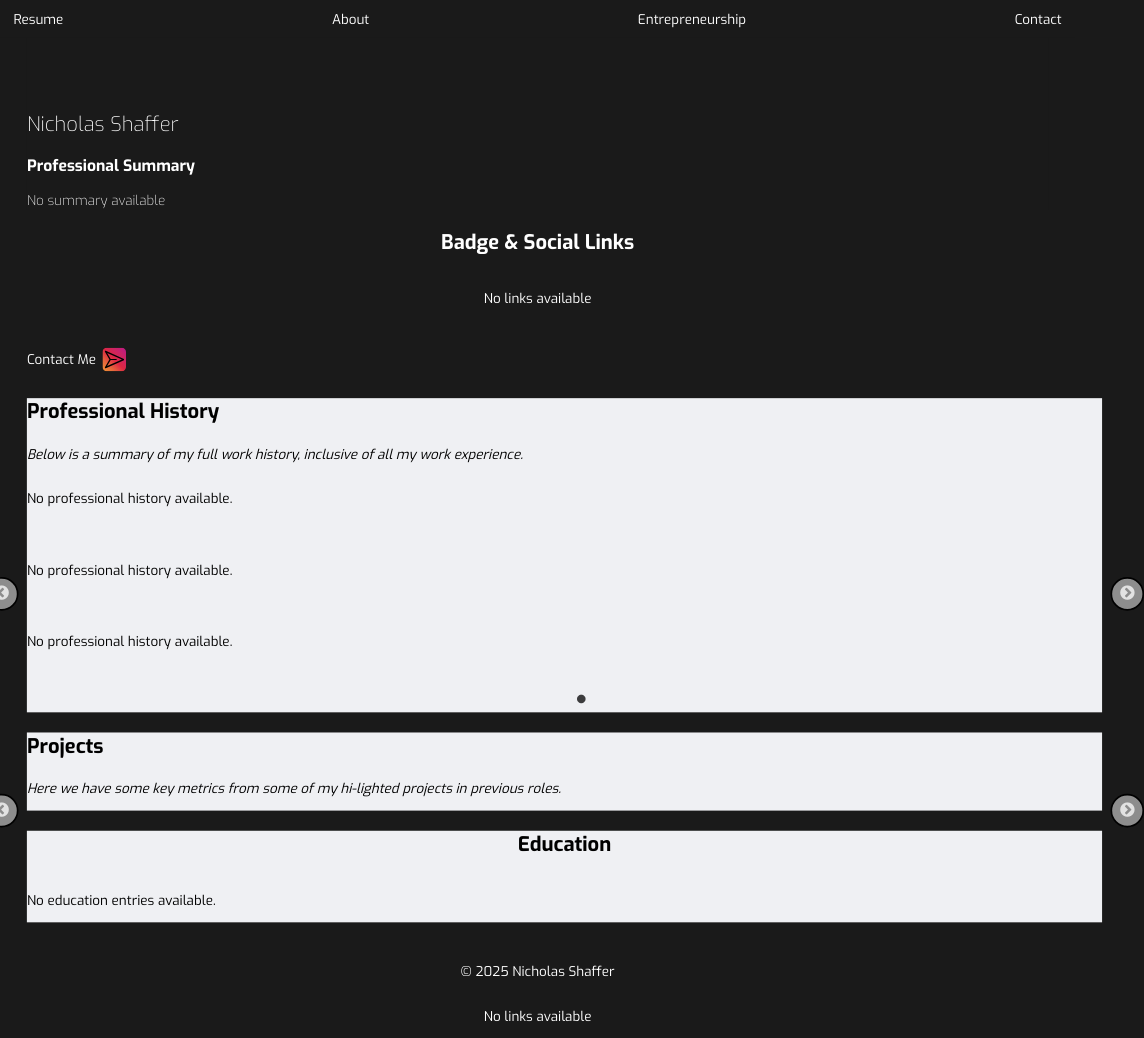
Repository: ShafferNick/nicholas_portfolio
Page: /
These files come from the project's save history. The page is drawn as it stood at one moment and after the next save; the edit follows.
The browser window is 1280 px wide. The page is 1362 px wide, then 1336 px, then 1362 px, so the pictures cover 1362 px, including what lies to the right of the window. The pictures show the whole page, at 84% of full size.
The page's requests for data from a server got no answer. The project was rebuilt for these pictures with package versions that can differ from the ones it lists, and the page was loaded fresh each time. The framework's server and built-in components were replaced by stand-ins that run in the browser. No one was signed in, and anything a server would have sent is missing. Also part of the build but not shown: next.config.ts, src/app/components/Contact.tsx.

Above is the page before, as saved 2025-03-19 15:02:19.

### src/app/layout.tsx
import './globals.css';
import type { Metadata } from 'next';

export const metadata: Metadata = {
  title: 'Create Next App',
  description: 'Generated by create next app',
};

export default function RootLayout({
  children,
}: {
  children: React.ReactNode;
}) {
  return (
    <html lang="en">
      <body>{children}</body>
    </html>
  );
}

### src/app/globals.css
@import url('https://fonts.googleapis.com/css2?family=Exo:wght@200;400;700&display=swap');
@import 'slick-carousel/slick/slick.css';
@import 'slick-carousel/slick/slick-theme.css';

@tailwind base;
@tailwind components;
@tailwind utilities;

body {
  font-family: 'Exo', sans-serif;
  background: #1A1A1A;
  color: #FFFFFF;
  margin: 0;
  padding: 0;
  scroll-behavior: smooth;
  overflow-x: hidden;
}

h1 {
  font-weight: 700;
}

h2 {
  font-weight: 550;
}

h3 {
  font-weight: 400;
}

a {
  color: inherit;
  text-decoration: none;
  font-family: 'Exo';
}

/* Hero Section */
.hero-custom-black {
  background-color: #1A1A1A;
  padding-top: 5rem;
  /* Ensure the Hero section clears the navbar */
}

.animate-slide-in {
  animation: slideIn 1s ease-out;
}

@keyframes slideIn {
  from {
    transform: translateY(20px);
    opacity: 0;
  }

  to {
    transform: translateY(0);
    opacity: 1;
  }
}

/* Desktop Menu Styling */
@media (min-width: 768px) {
  .desktop-menu {
    display: flex !important;
    justify-content: space-between !important;
    width: 100% !important;
  }

  .mobile-menu-toggle {
    display: none !important;
  }

  .nav-link {
    margin: 0.5rem 1rem;
    padding: 0.25rem 0;
    transition: color 0.3s ease-in-out;
  }

  .nav-link:hover {
    color: #d1d5db;
    text-decoration: underline;
    text-decoration-thickness: 2px;
  }
}

/* Mobile Menu Styling */
@media (max-width: 767px) {
  nav .desktop-menu {
    display: none !important;
  }

  .mobile-menu-toggle {
    display: block !important;
    position: fixed !important;
    top: 1rem !important;
    right: clamp(2rem, 5vw, 3rem) !important;
    z-index: 1000 !important;
    padding: 0.5rem !important;
  }

  .mobile-menu-toggle span {
    background-color: #ffffff !important;
    width: 32px !important;
    height: 4px !important;
    margin-bottom: 6px !important;
    border-radius: 2px !important;
    display: block !important;
  }

  .mobile-menu {
    display: flex !important;
    flex-direction: column !important;
    align-items: center !important;
    position: fixed !important;
    top: 0 !important;
    right: 0 !important;
    width: 50vw !important;
    height: 100vh !important;
    background-color: #000000 !important;
    padding: 1rem !important;
    transform: translateX(100%) !important;
    z-index: 50 !important;
  }

  .mobile-menu.active {
    transform: translateX(0) !important;
  }

  .mobile-menu .close-button {
    position: absolute !important;
    top: 1rem !important;
    right: clamp(2rem, 5vw, 3rem) !important;
    z-index: 1001 !important;
  }

  .mobile-menu a {
    color: #ffffff !important;
    font-size: 1.25rem !important;
    padding: 1rem 0 !important;
    width: 100% !important;
    text-align: center !important;
    transition: color 0.3s ease-in-out !important;
  }

  .mobile-menu a:hover,
  .mobile-menu a.active-link {
    color: #ff0000 !important;
    text-decoration: underline !important;
    font-weight: bold !important;
  }

  .mobile-menu .flex-col {
    gap: 2rem !important;
  }
}

/* Global Padding for All Text Content */
main {
  padding: 2rem;
  /* Adds 32px padding on all sides */
}

/* Ensure navbar and footer are not affected */
nav,
footer {
  padding: 0 !important;
  /* Override the global padding for navbar and footer */
}

/* Header Spacing for All Sections with Higher Specificity */
section.hero-custom-black h2,
section.badge-social-section h2,
section.professional-history-section h2,
section.projects-section h2,
section.education-section h2 {
  margin-top: 1.5rem !important;
  /* 24px */
  margin-bottom: 1.5rem !important;
  /* 24px */
}

/* Professional History Section */
.professional-history-section {
  color: #000000 !important;
  width: 100vw !important;
  margin: 0 !important;
  padding: 0 !important;
}

.professional-history-section * {
  color: #000000 !important;
}

/* Ensure job title is bold */
.professional-history-section h3 {
  font-weight: 700 !important;
}

/* Style react-slick arrows and dots */
.professional-history-section .slick-prev,
.professional-history-section .slick-next {
  width: 40px;
  height: 40px;
  background: rgba(255, 255, 255, 0.5);
  border: 2px solid #000000;
  border-radius: 50%;
  z-index: 10;
  transition: background 0.3s ease, color 0.3s ease;
}

.professional-history-section .slick-prev:hover,
.professional-history-section .slick-next:hover {
  background: #ffffff;
  color: #000000;
}

.professional-history-section .slick-prev {
  left: -50px;
}

.professional-history-section .slick-next {
  right: -50px;
}

.professional-history-section .slick-dots {
  bottom: 5px;
  text-align: center;
  position: relative;
}

.professional-history-section .slick-dots li {
  display: inline-block;
  margin: 0 5px;
}

.professional-history-section .slick-dots li button:before {
  font-size: 12px;
  color: #000000;
}

.professional-history-section .slick-dots li.slick-active button:before {
  color: #000000;
}

/* Add spacing between bullet points in Professional History */
.professional-history-section ul {
  list-style-type: disc;
  padding-left: 20px;
}

.professional-history-section ul li {
  display: block;
  margin-bottom: 8px;
}

/* Badge & Social Links Section */
.badge-social-section {
  margin: 0 !important;
  padding: 0 !important;
  margin-bottom: 2rem !important;
}

.badge-social-header {
  text-align: left;
  font-size: 1.5rem;
  margin-bottom: 0.5rem;
}

.badge-social-section section {
  margin-bottom: 0 !important;
}

.badge-social-section .flex {
  justify-content: space-around !important;
  gap: 1rem !important;
}

/* Contact Me Section */
.contact-section {
  margin: 0 !important;
  padding: 0 !important;
  margin-bottom: 2rem !important;
}

.contact-me {
  display: flex;
  align-items: center;
  gap: 0.5rem;
}

.contact-icon {
  width: 24px;
  height: 24px;
  transition: transform 0.3s ease-in-out;
  background: linear-gradient(45deg, #f09433, #e6683c, #dc2743, #cc2366, #bc1888);
  border-radius: 5px;
  padding: 2px;
}

.contact-icon:hover {
  transform: scale(1.2);
}

/* Adjustments for Professional History Section Spacing */
.professional-history-section p.italic {
  margin-bottom: 1rem !important;
}

/* Ensure card content adjusts on smaller screens */
.professional-history-section .slick-slide {
  padding-bottom: 2rem;
}

.professional-history-section .slick-slide .flex-col {
  min-height: 0 !important;
  display: flex;
  flex-direction: column;
}

.professional-history-section .slick-slide img {
  max-width: 100 !important;
  height: auto !important;
}

@media (max-width: 767px) {
  .professional-history-section .slick-slide .p-6 {
    padding: 1rem !important;
  }

  .professional-history-section .slick-slide img {
    max-height: 80px !important;
    width: auto !important;
  }

  .professional-history-section .slick-prev,
  .professional-history-section .slick-next {
    display: none !important;
  }
}

/* Projects Section */
.projects-section {
  color: #000000 !important;
  width: 100vw !important;
  margin: 0 !important;
  padding: 0 !important;
}

.projects-section * {
  color: #000000 !important;
}

/* Ensure project title is bold */
.projects-section h3 {
  font-weight: 700 !important;
}

/* Style react-slick arrows and dots for projects */
.projects-section .slick-prev,
.projects-section .slick-next {
  width: 40px;
  height: 40px;
  background: rgba(255, 255, 255, 0.5);
  border: 2px solid #000000;
  border-radius: 50%;
  z-index: 10;
  transition: background 0.3s ease, color 0.3s ease;
}

.projects-section .slick-prev:hover,
.projects-section .slick-next:hover {
  background: #ffffff;
  color: #000000;
}

.projects-section .slick-prev {
  left: -50px;
}

.projects-section .slick-next {
  right: -50px;
}

.projects-section .slick-dots {
  bottom: 20px;
  text-align: center;
  position: relative;
}

.projects-section .slick-dots li {
  display: inline-block;
  margin: 0 5px;
}

.projects-section .slick-dots li button:before {
  font-size: 12px;
  color: #000000;
}

.projects-section .slick-dots li.slick-active button:before {
  color: #000000;
}

/* Add spacing between bullet points in Projects */
.projects-section ul {
  list-style-type: disc;
  padding-left: 20px;
}

.projects-section ul li {
  display: block;
  margin-bottom: 8px;
}

/* Footer Section */
footer .flex.justify-around {
  display: flex;
  justify-content: space-around;
  align-items: center;
  flex-wrap: wrap;
  gap: 1rem;
  max-width: 1024px;
  margin: 0 auto;
  padding: 0 1rem;
}

footer a {
  padding: 0.5rem;
  transition: transform 0.3s ease-in-out;
}

footer a:hover {
  transform: scale(1.1);
}

footer .flex.justify-around>a {
  flex: 0 0 auto;
}

/* Education Section */
.education-section {
  color: #000000 !important;
  width: 100vw !important;
  margin: 0 !important;
  padding: 0 !important;
}

.education-section * {
  color: #000000 !important;
}

/* Ensure institution title is bold */
.education-section h3 {
  font-weight: 700 !important;
}

/* Add spacing between bullet points in Education */
.education-section ul {
  list-style-type: disc;
  padding-left: 20px;
}

.education-section ul li {
  display: block;
  margin-bottom: 8px;
}

/* Ensure card content adjusts on smaller screens */
.education-section .flex-col {
  min-height: 0 !important;
  display: flex;
  flex-direction: column;
}

/* Responsive adjustments for smaller screens */
@media (max-width: 767px) {
  .education-section .p-6 {
    padding: 1rem !important;
  }

  .education-section .grid {
    grid-template-columns: 1fr !important;
  }
}

/* Ensure side-by-side layout on larger screens */
@media (min-width: 768px) {
  .education-section .grid {
    grid-template-columns: repeat(2, 1fr) !important;
  }
}

### src/app/sanityClient.ts
import { createClient } from '@sanity/client';

console.log('Project ID:', process.env.NEXT_PUBLIC_SANITY_PROJECT_ID);
console.log('Dataset:', process.env.NEXT_PUBLIC_SANITY_DATASET);

if (!process.env.NEXT_PUBLIC_SANITY_PROJECT_ID) {
  throw new Error('NEXT_PUBLIC_SANITY_PROJECT_ID is not set. Check .env.local or Vercel env variables.');
}

export const client = createClient({
  projectId: process.env.NEXT_PUBLIC_SANITY_PROJECT_ID,
  dataset: process.env.NEXT_PUBLIC_SANITY_DATASET || 'production',
  apiVersion: '2023-05-03', // Fixed to a valid version
  useCdn: true,
});

### src/app/components/ContactMe.tsx
'use client';
import React from 'react';
import Image from 'next/image';

type ContactMeProps = {
  onContactClick: () => void;
};

export default function ContactMe({ onContactClick }: ContactMeProps) {
  const handleClick = () => {
    console.log('Contact Me button clicked');
    onContactClick();
  };

  return (
    <section className="contact-section">
      <div className="max-w-4xl mx-auto">
        <div className="contact-me cursor-pointer" onClick={handleClick}>
          <span>Contact Me</span>
          <Image
            src="/paper-plane-svgrepo-com.svg"
            alt="Contact Icon"
            width={24}
            height={24}
            className="contact-icon"
          />
        </div>
      </div>
    </section>
  );
}

### src/app/components/FooterClient.tsx
'use client';
import Links from './Links';

type Link = {
  _id: string;
  title: string;
  url: string;
  icon: string;
};

type FooterClientProps = {
  links?: Link[];
};

export default function FooterClient({ links = [] }: FooterClientProps) {
  console.log('Links in FooterClient:', links); // Debug log
  return (
    <footer className="bg-gray-800 text-white py-6 text-center w-full">
      <div className="flex flex-col items-center gap-4">
        <p>© 2025 Nicholas Shaffer</p>
        <Links links={links} isFooter={true} />
      </div>
    </footer>
  );
}

### src/app/sanityImageUrl.ts
import imageUrlBuilder from '@sanity/image-url';
import { client } from '@/app/sanityClient';
import { SanityImageSource } from '@/app/types/sanity-types'; // Should resolve to src/types/sanity-types.ts

const builder = imageUrlBuilder(client);

export function urlFor(source: SanityImageSource) {
  return builder.image(source);
}

Loaded but not shown: src/app/components/ProfessionalHistory.tsx (105 lines, source omitted); src/app/components/Links.tsx (128 lines, source omitted); src/app/components/NavbarClient.tsx (95 lines, source omitted); src/app/page.tsx (123 lines, source omitted); src/app/components/Projects.tsx (74 lines, source omitted); src/app/components/Education.tsx (49 lines, source omitted); src/app/components/ContactWrapper.tsx (63 lines, source omitted); src/app/components/Hero.tsx (25 lines, source omitted)

After the next save:
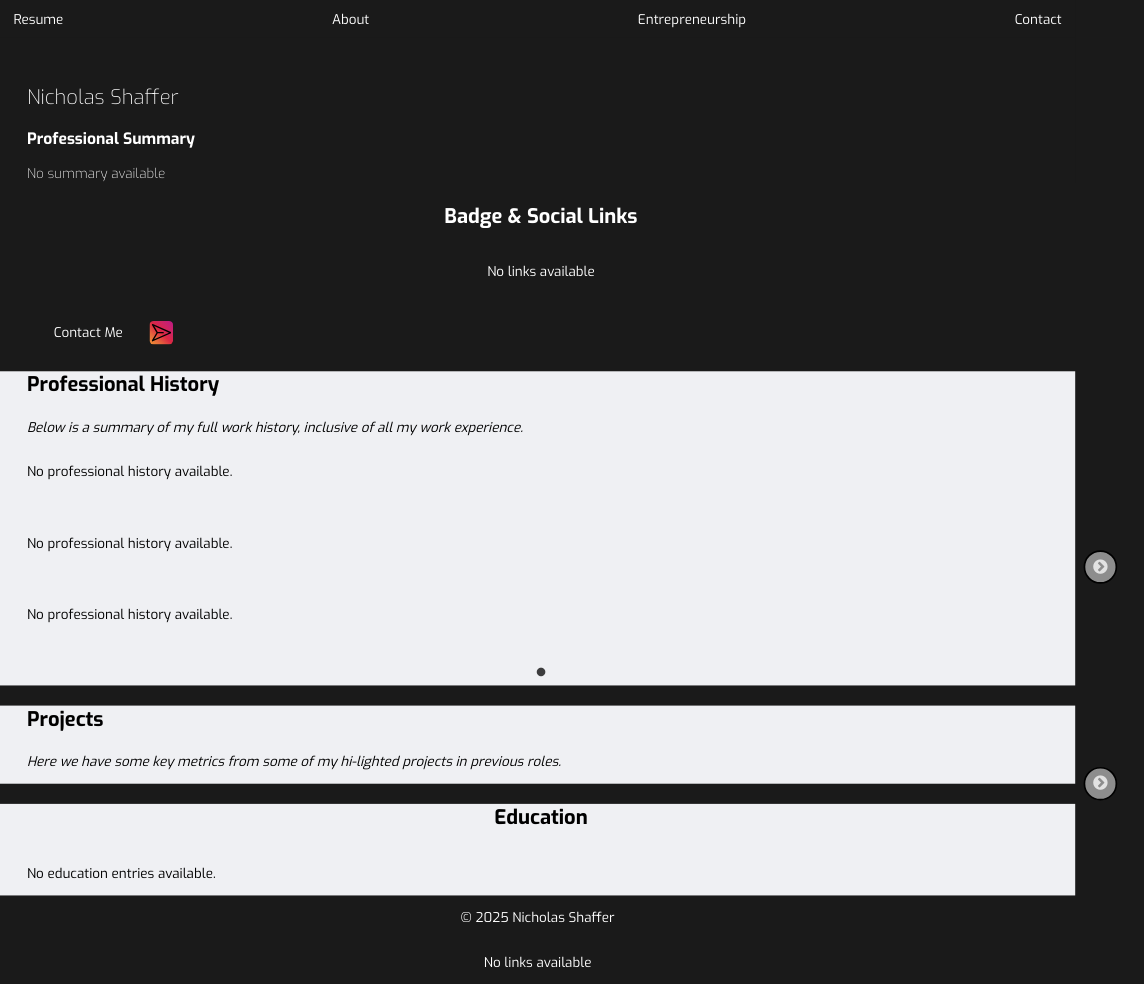
Saved 9 s later.
--- a/src/app/globals.css
+++ b/src/app/globals.css
@@ -37,8 +37,7 @@
 /* Hero Section */
 .hero-custom-black {
   background-color: #1A1A1A;
-  padding-top: 5rem;
-  /* Ensure the Hero section clears the navbar */
+  padding-top: 5rem; /* Increased to 5rem (80px) to ensure it clears the navbar */
 }
 
 .animate-slide-in {
@@ -50,7 +49,6 @@
     transform: translateY(20px);
     opacity: 0;
   }
-
   to {
     transform: translateY(0);
     opacity: 1;
@@ -153,17 +151,31 @@
   }
 }
 
-/* Global Padding for All Text Content */
-main {
-  padding: 2rem;
-  /* Adds 32px padding on all sides */
-}
-
-/* Ensure navbar and footer are not affected */
-nav,
-footer {
-  padding: 0 !important;
-  /* Override the global padding for navbar and footer */
+/* Ensure all text elements within <main> have left and right padding */
+main h1,
+main h2,
+main h3,
+main p,
+main ul,
+main li,
+main span,
+main div.contact-me {
+  padding-left: 1.5rem !important;
+  padding-right: 1rem !important;
+}
+
+@media (min-width: 768px) {
+  main h1,
+  main h2,
+  main h3,
+  main p,
+  main ul,
+  main li,
+  main span,
+  main div.contact-me {
+    padding-left: 2rem !important;
+    padding-right: 1.5rem !important;
+  }
 }
 
 /* Header Spacing for All Sections with Higher Specificity */
@@ -172,10 +184,8 @@
 section.professional-history-section h2,
 section.projects-section h2,
 section.education-section h2 {
-  margin-top: 1.5rem !important;
-  /* 24px */
-  margin-bottom: 1.5rem !important;
-  /* 24px */
+  margin-top: 1.5rem !important; /* 24px */
+  margin-bottom: 1.5rem !important; /* 24px */
 }
 
 /* Professional History Section */
@@ -432,7 +442,7 @@
   transform: scale(1.1);
 }
 
-footer .flex.justify-around>a {
+footer .flex.justify-around > a {
   flex: 0 0 auto;
 }
 

After the save that followed:
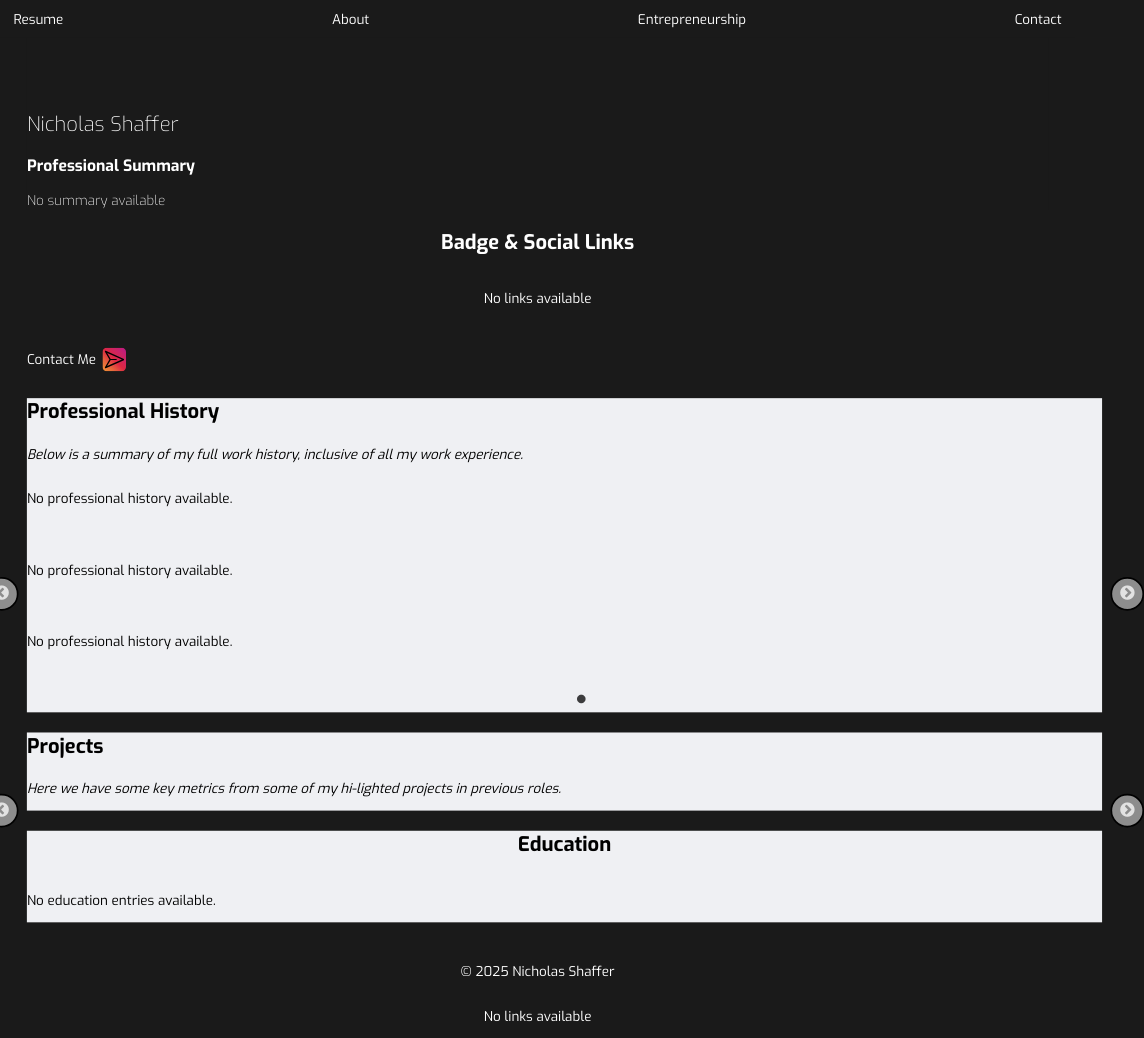
Saved 6 min 15 s later.
--- a/src/app/globals.css
+++ b/src/app/globals.css
@@ -37,7 +37,8 @@
 /* Hero Section */
 .hero-custom-black {
   background-color: #1A1A1A;
-  padding-top: 5rem; /* Increased to 5rem (80px) to ensure it clears the navbar */
+  padding-top: 5rem;
+  /* Ensure the Hero section clears the navbar */
 }
 
 .animate-slide-in {
@@ -49,6 +50,7 @@
     transform: translateY(20px);
     opacity: 0;
   }
+
   to {
     transform: translateY(0);
     opacity: 1;
@@ -151,31 +153,22 @@
   }
 }
 
-/* Ensure all text elements within <main> have left and right padding */
-main h1,
-main h2,
-main h3,
-main p,
-main ul,
-main li,
-main span,
-main div.contact-me {
-  padding-left: 1.5rem !important;
-  padding-right: 1rem !important;
-}
-
-@media (min-width: 768px) {
-  main h1,
-  main h2,
-  main h3,
-  main p,
-  main ul,
-  main li,
-  main span,
-  main div.contact-me {
-    padding-left: 2rem !important;
-    padding-right: 1.5rem !important;
-  }
+/* Global Padding for All Text Content with Higher Specificity */
+main {
+  padding: 2rem !important;
+  /* Adds 32px padding on all sides */
+}
+
+/* Ensure section-level padding/margin rules don’t override the global padding */
+main section {
+  margin: 0;
+  padding: 0;
+}
+
+/* Ensure navbar and footer are not affected */
+nav,
+footer {
+  padding: 0 !important;
 }
 
 /* Header Spacing for All Sections with Higher Specificity */
@@ -184,16 +177,16 @@
 section.professional-history-section h2,
 section.projects-section h2,
 section.education-section h2 {
-  margin-top: 1.5rem !important; /* 24px */
-  margin-bottom: 1.5rem !important; /* 24px */
+  margin-top: 1.5rem !important;
+  /* 24px */
+  margin-bottom: 1.5rem !important;
+  /* 24px */
 }
 
 /* Professional History Section */
 .professional-history-section {
   color: #000000 !important;
   width: 100vw !important;
-  margin: 0 !important;
-  padding: 0 !important;
 }
 
 .professional-history-section * {
@@ -251,21 +244,42 @@
   color: #000000;
 }
 
-/* Add spacing between bullet points in Professional History */
+/* Add spacing and proper indentation for bullet points in Professional History */
 .professional-history-section ul {
   list-style-type: disc;
   padding-left: 20px;
+  margin-bottom: 1.5rem;
 }
 
 .professional-history-section ul li {
   display: block;
-  margin-bottom: 8px;
+  margin-bottom: 0.5rem;
+}
+
+/* Ensure additional text is indented and spaced properly */
+.professional-history-section ul li span {
+  display: block;
+  margin-left: 20px;
+  margin-top: 0.25rem;
+}
+
+/* Ensure card content has proper padding */
+.professional-history-section .bg-white {
+  padding: 1.5rem !important;
+  /* 24px padding on all sides */
+}
+
+/* Ensure spacing within the card */
+.professional-history-section .bg-white h3 {
+  margin-bottom: 0.5rem !important;
+}
+
+.professional-history-section .bg-white p.italic {
+  margin-bottom: 1rem !important;
 }
 
 /* Badge & Social Links Section */
 .badge-social-section {
-  margin: 0 !important;
-  padding: 0 !important;
   margin-bottom: 2rem !important;
 }
 
@@ -286,8 +300,6 @@
 
 /* Contact Me Section */
 .contact-section {
-  margin: 0 !important;
-  padding: 0 !important;
   margin-bottom: 2rem !important;
 }
 
@@ -310,11 +322,6 @@
   transform: scale(1.2);
 }
 
-/* Adjustments for Professional History Section Spacing */
-.professional-history-section p.italic {
-  margin-bottom: 1rem !important;
-}
-
 /* Ensure card content adjusts on smaller screens */
 .professional-history-section .slick-slide {
   padding-bottom: 2rem;
@@ -332,7 +339,7 @@
 }
 
 @media (max-width: 767px) {
-  .professional-history-section .slick-slide .p-6 {
+  .professional-history-section .slick-slide .bg-white {
     padding: 1rem !important;
   }
 
@@ -351,8 +358,6 @@
 .projects-section {
   color: #000000 !important;
   width: 100vw !important;
-  margin: 0 !important;
-  padding: 0 !important;
 }
 
 .projects-section * {
@@ -442,7 +447,7 @@
   transform: scale(1.1);
 }
 
-footer .flex.justify-around > a {
+footer .flex.justify-around>a {
   flex: 0 0 auto;
 }
 
@@ -450,8 +455,6 @@
 .education-section {
   color: #000000 !important;
   width: 100vw !important;
-  margin: 0 !important;
-  padding: 0 !important;
 }
 
 .education-section * {
